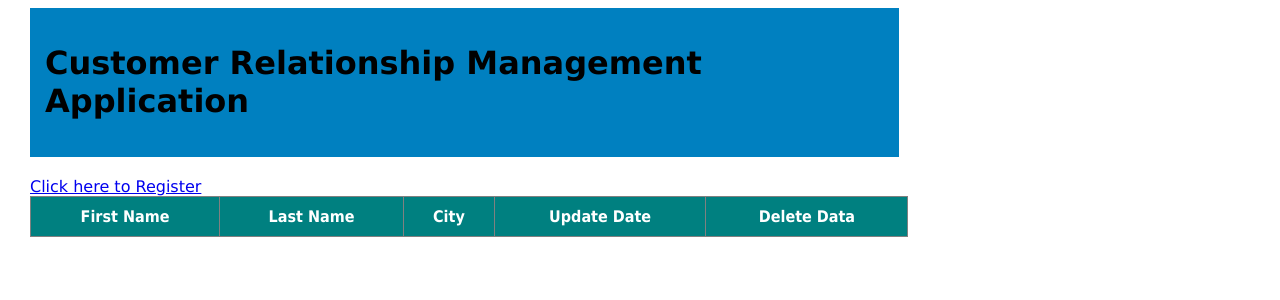
Repository: naveenudutha/Spring-MVC
Page: http://localhost/SpringCRMApplication/views/customerlist.jsp
An editor plug-in stored every save of this project. The page is shown before and after the next save, followed by the edit.
The browser window is 1280 px wide. The pictures show the whole page.
The page is served by Tomcat 9. Other server files are loaded and not shown. The template is opened directly, without the code that normally fills it, so the values that code supplies are empty.

Above is the page before, as saved 2024-02-02 19:06:15.

### SpringCRMApplication/src/main/webapp/views/customerlist.jsp
<%@ page language="java" contentType="text/html; charset=ISO-8859-1"
    pageEncoding="ISO-8859-1"%>
 <%@ taglib uri="http://java.sun.com/jsp/jstl/core" prefix="c" %>
<!DOCTYPE html>
<html>
<head>
<meta charset="ISO-8859-1">
<title>CRM Home Page</title>
<link type=text/css rel="stylesheet" href="./css/style.css">
</head>
<body>

	<div id="wrapper">
		<div id="header">
				<h1> Customer Relationship Management Application</h1>

		</div>
	</div>

	<div id="container">
		<div id="content">
		<a href="/CRM/showform">Click here to Register</a>
			<table border="1">
					<tr>
						<th>First Name</th>
						<th>Last Name</th>
						<th>City</th>
						<th>Update Date</th>
						<th>Delete Data</th>
					</tr>
					<c:forEach items="${customers}" var="customer">
					<c:url var="UpdateLink" value="">

					</c:url>

					<c:url var="DeleteLink" value="">

					</c:url>
						<tr>
							<th>${customer.firstName}</th>
							<th>${customer.lastName}</th >
							<th>${customer.city}</th>
						</tr>
					</c:forEach>

			</table>
		</div>
	</div>

</body>
</html>

### SpringCRMApplication/src/main/resources/static/css/style.css
html, body{
	margin-left:15px; margin-right:15px;
	padding:0px;
	font-family:Verdana, Arial, Helvetica, sans-serif;
}

table {
	border-collapse:collapse;
	border-bottom:1px solid gray;
	font-family: Tahoma,Verdana,Segoe,sans-serif;
	width:72%;
}

th {
	border-bottom:1px solid gray;
	background:none repeat scroll 0 0 rgb(0, 128, 128);
	padding:10px;
	color: #FFFFFF;
}

tr {
	border-top:1px solid gray;
	text-align:center;
}

tr:nth-child(even) {background: #FFFFFF}
tr:nth-child(odd) {background: #BBBBBB}

#wrapper {width: 100%; margin-top: 0px; }
#header {width: 70%; background: rgb(0, 128, 192); margin-top: 0px; padding:15px 0px 15px 15px;}
#header h2 {width: 100%; margin:auto; color: #FFFFFF;}
#container {width: 100%; margin:auto}
#container h3 {color: #000;}
#container #content {margin-top: 20px;}

.add-button {
	border: 1px solid #666;
	border-radius: 5px;
	padding: 4px;
	font-size: 12px;
	font-weight: bold;
	width: 120px;
	padding: 5px 10px;

	margin-bottom: 15px;
	background: #cccccc;
}

After the next save:
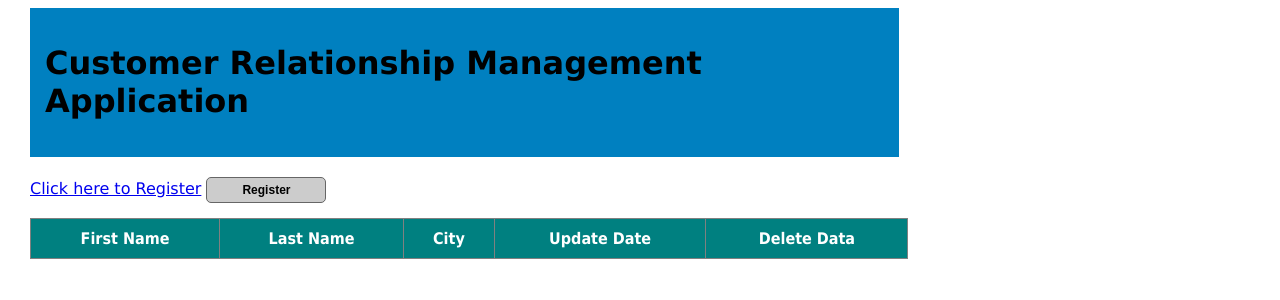
Saved 112 s later.
--- a/SpringCRMApplication/src/main/webapp/views/customerlist.jsp
+++ b/SpringCRMApplication/src/main/webapp/views/customerlist.jsp
@@ -20,6 +20,7 @@
 	<div id="container">
 		<div id="content">
 		<a href="/CRM/showform">Click here to Register</a>
+		<input type="button" value="Register" class="add-button">
 			<table border="1">
 					<tr>
 						<th>First Name</th>
